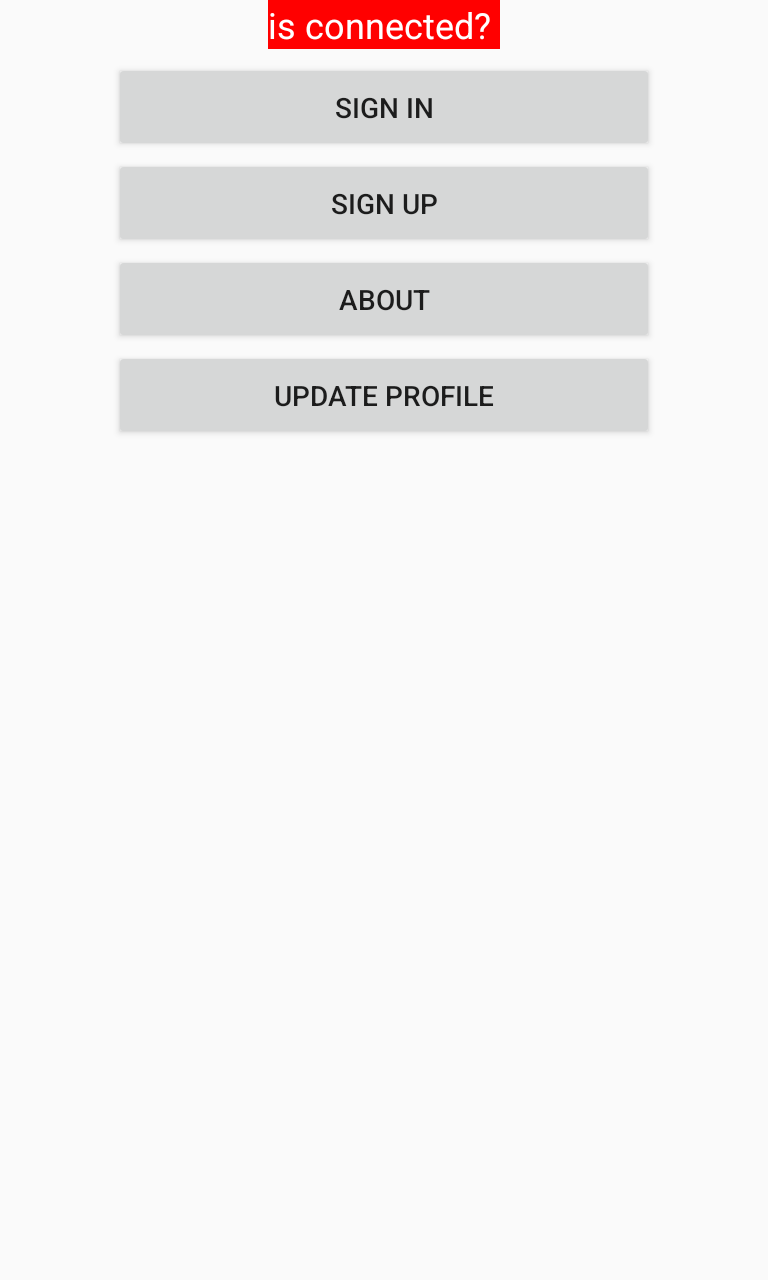
Repository: HAYKEL88/MASTER2_PFE
Layout: PFE_ANDROID/res/layout/activity_welcome.xml
These files come from the project's save history. The layout is drawn as it stood at one moment and after the next save; the edit follows.
It is drawn on a 768 x 1280 px phone screen (xhdpi) without system bars, with theme AppTheme; the app's code is not run. Lists and similar views that code fills are empty.

Above is the layout before, as saved 2014-12-18 20:59:43.

After the next save:
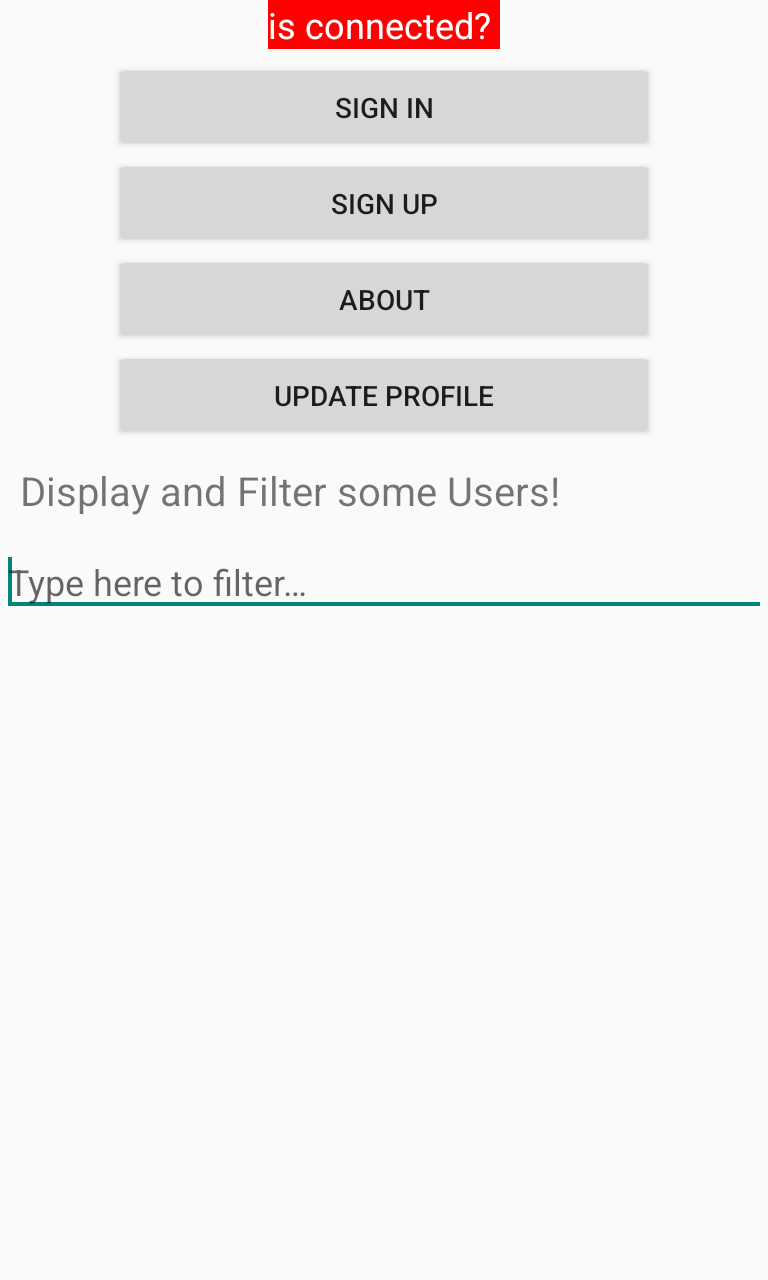
Saved 49 s later.
--- a/PFE_ANDROID/res/layout/activity_welcome.xml
+++ b/PFE_ANDROID/res/layout/activity_welcome.xml
@@ -47,4 +47,18 @@
         android:text="@string/button_contactUs"
         android:onClick="contactUs"/>
 
+
+     <TextView android:layout_width="fill_parent"
+  android:layout_height="wrap_content" android:padding="10dp"
+  android:text="@string/some_text" android:textSize="20sp" />
+
+ <EditText android:id="@+id/myFilter" android:layout_width="match_parent"
+  android:layout_height="wrap_content" android:ems="10"
+  android:hint="@string/some_hint">
+  <requestFocus />
+ </EditText>
+
+ <ListView android:id="@+id/listView1" android:layout_width="fill_parent"
+  android:layout_height="fill_parent" />
+
 </LinearLayout>
